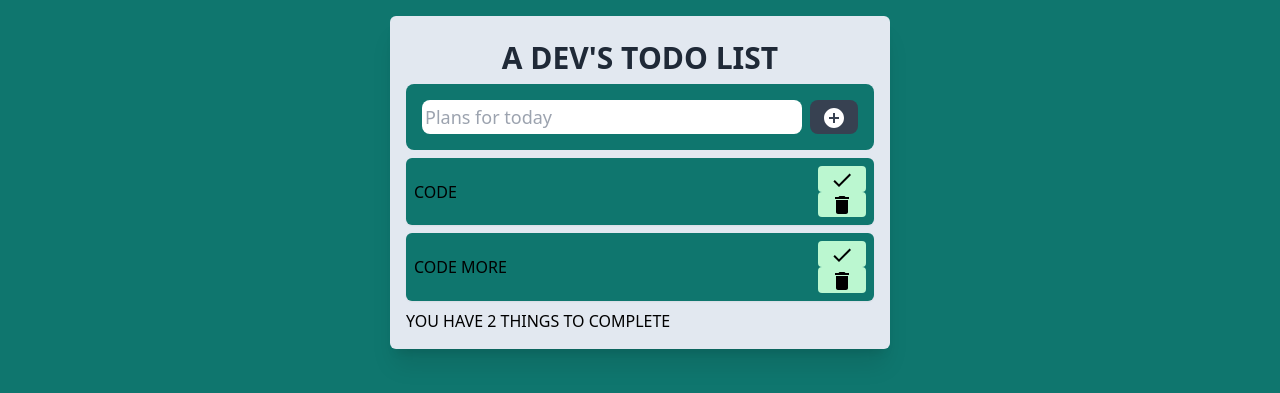
Repository: DevAntonioRogers/React-Todo-CRUD-App
Page: /
The author's editor kept a copy of each file at every save. The page is drawn from the files as they stood at one save, then again after the next save.
The browser window is 1280 px wide. The pictures show the whole page.
The project was rebuilt for these pictures with package versions that can differ from the ones it lists, and the page was loaded fresh each time. Also part of the build but not shown: vite.config.ts.

Above is the page before, as saved 2023-05-14 19:58:56.

After the next save:
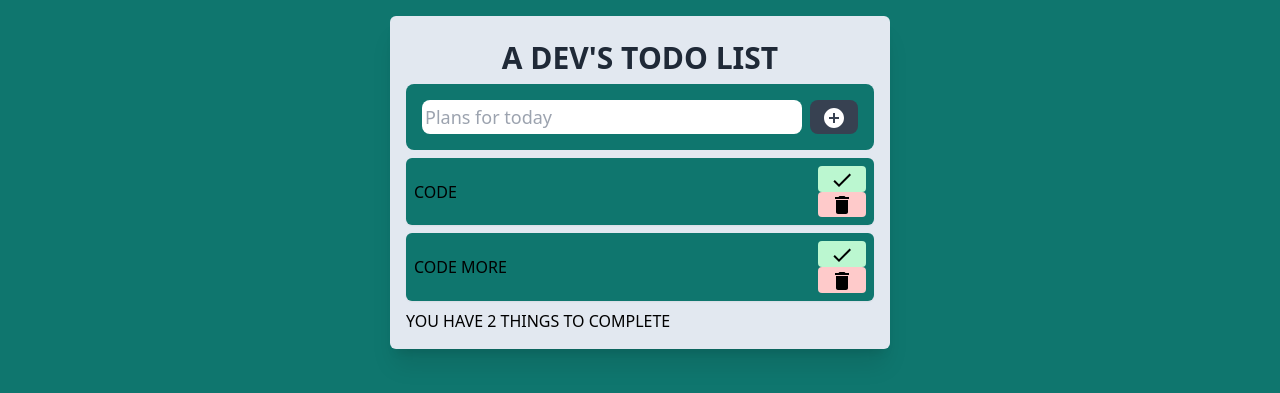
Saved 12 s later.
--- a/src/components/Todo.tsx
+++ b/src/components/Todo.tsx
@@ -14,7 +14,7 @@ const Todo = ({ todos }: TodoProps) => {
           <button className="bg-green-200 w-full rounded">
             <CheckIcon />
           </button>
-          <button className="bg-green-200 w-full rounded">
+          <button className="bg-red-200 w-full rounded">
             <DeleteIcon />
           </button>
         </div>
